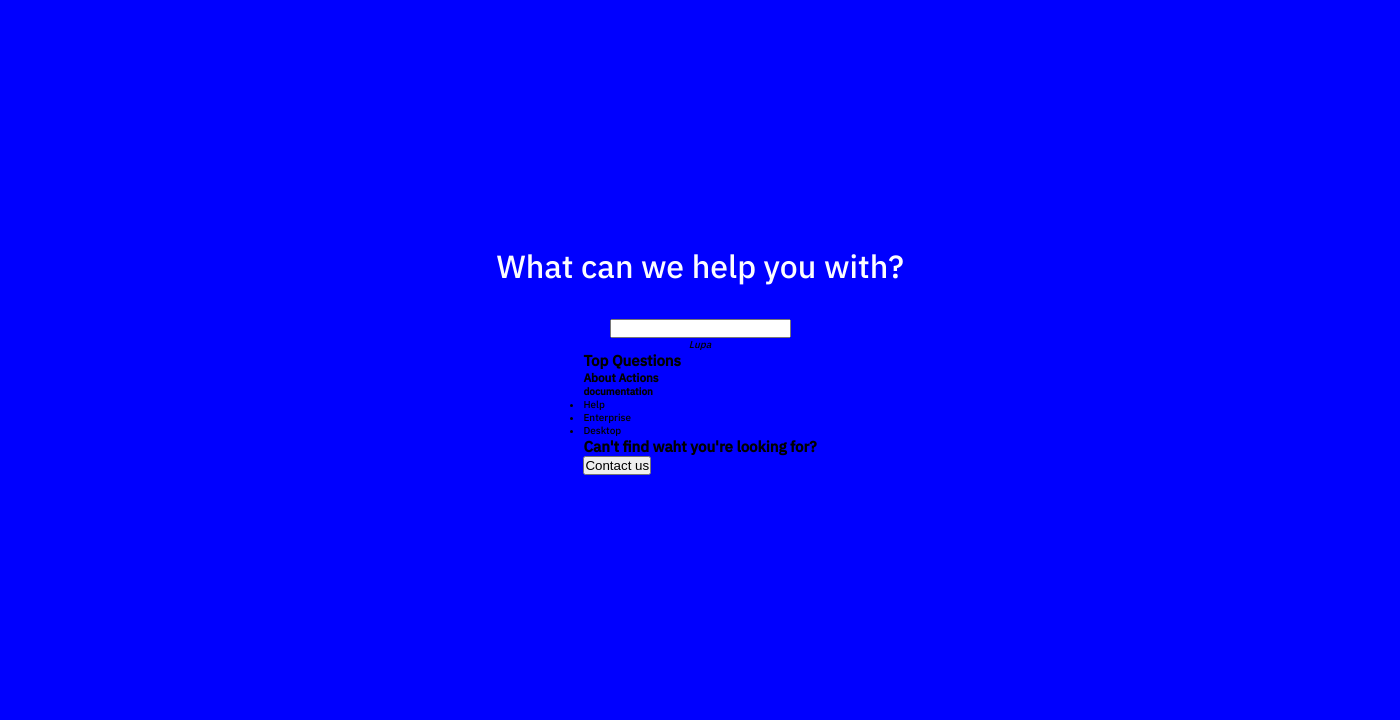
Repository: Hcmwebs/Help-Center-UI-
Page: index.html
The author's editor kept a copy of each file at every save. The page is drawn from the files as they stood at one save, then again after the next save.
The browser window is 1280 px wide. The page is 1400 px wide, then 1280 px, so the pictures cover 1400 px, including what lies to the right of the window. The pictures show the whole page.
The style sheet was rebuilt from its Sass, Less or Tailwind sources for each picture, by a compiler version that may differ from the author's.

Above is the page before, as saved 2020-08-17 23:18:39.

After the next save:
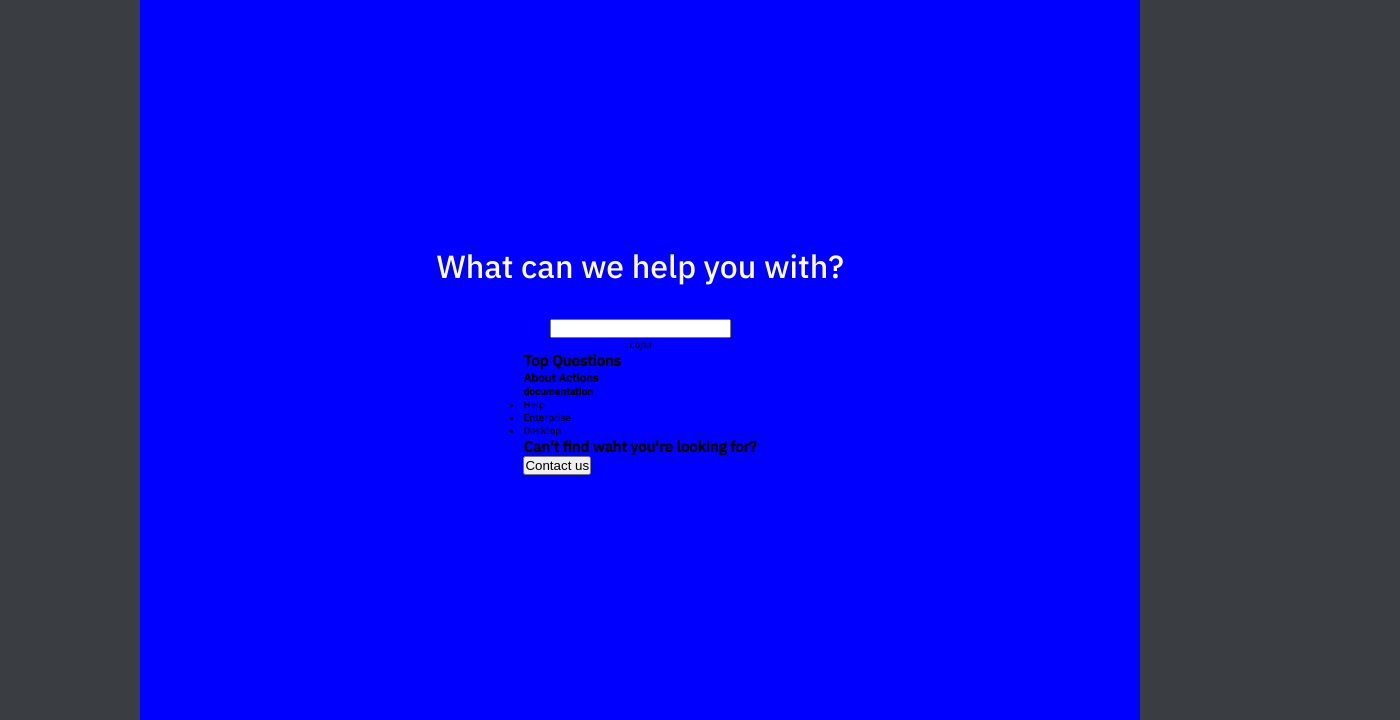
Saved 9 s later.
--- a/scss/styles.scss
+++ b/scss/styles.scss
@@ -20,7 +20,7 @@ body{
 }
 
 .container{
-    width: 1400px;
+    width: 1000px;
     max-width: 100%;
     height: 100vh;
     overflow: hidden;
